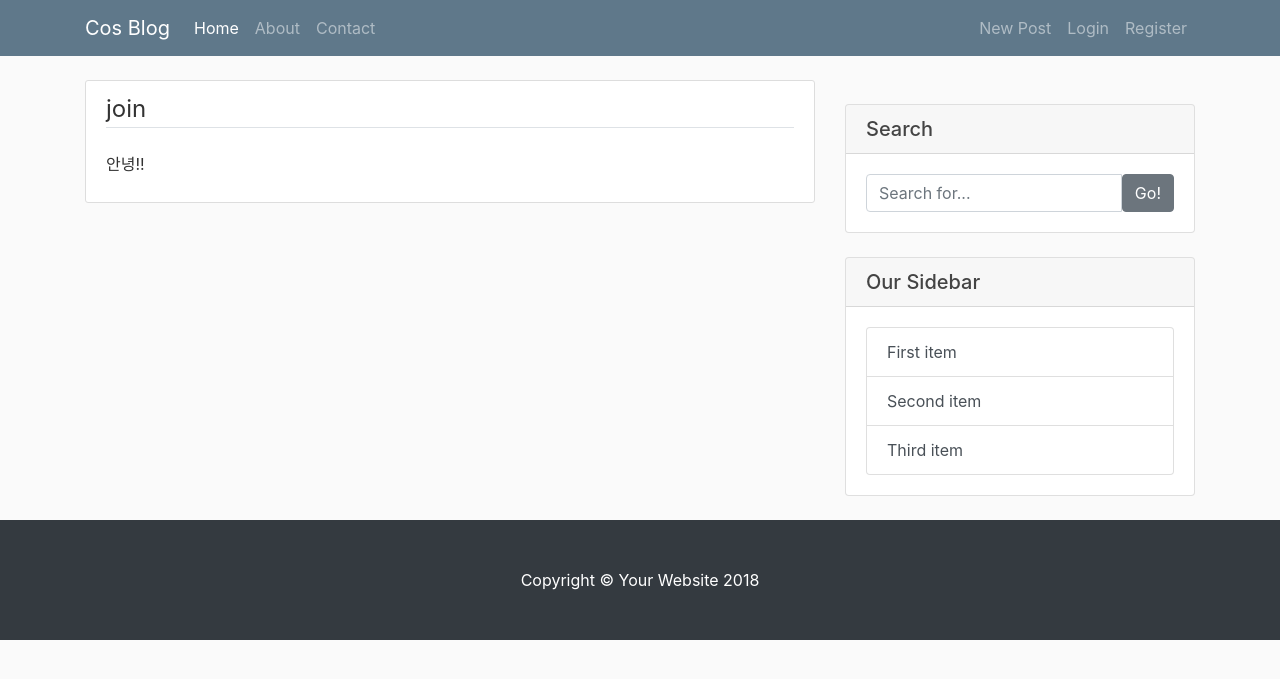
Repository: DogyeKing/blog
Page: http://localhost/blog/member/joinForm.jsp
These files come from the project's save history. The page is drawn as it stood at one moment and after the next save; the edit follows.
The browser window is 1280 px wide. The pictures show the whole page.
The page is served by Tomcat 9.

Above is the page before, as saved 2018-08-02 05:30:17.

After the next save:
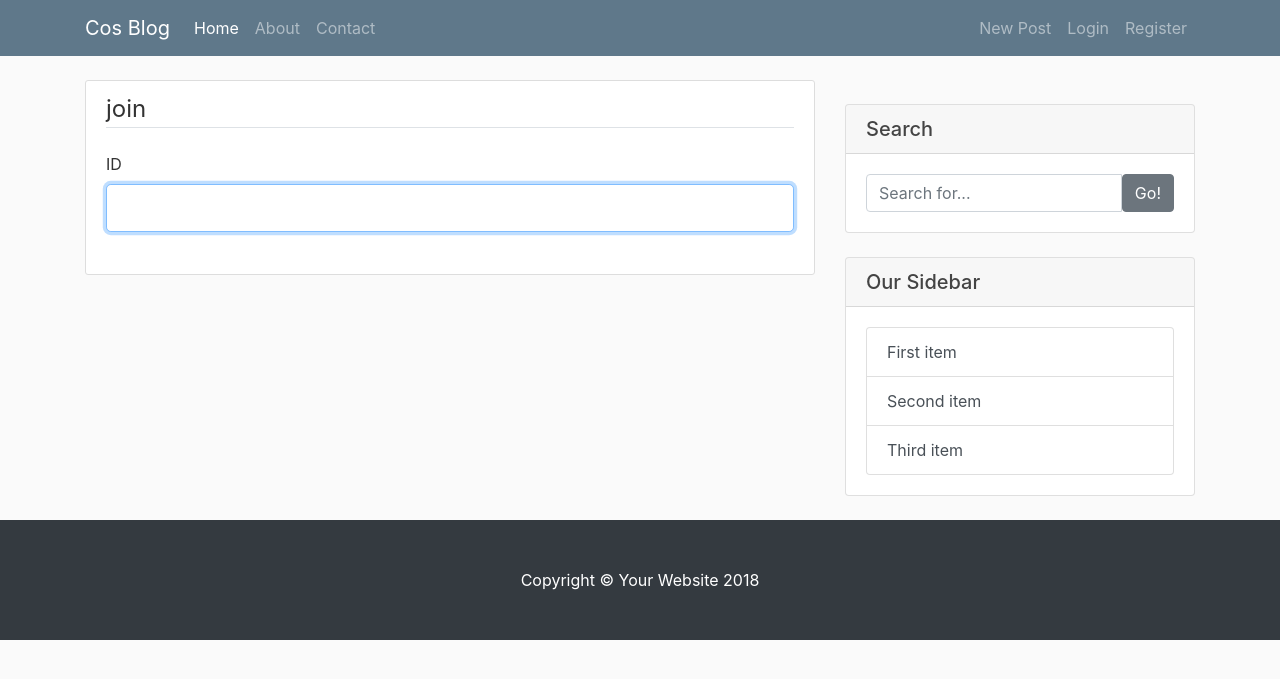
Saved 3 min 13 s later.
--- a/blog/blog/WebContent/member/joinForm.jsp
+++ b/blog/blog/WebContent/member/joinForm.jsp
@@ -34,9 +34,12 @@
 	<div class="content-section">
 	<form method="POST" action="#">
 		<fieldset class="form-group">
-			안녕!!<br>
 			<legend class="border-bottom mb-4">join</legend>
+			<div class="form-group">
+			<label class="form-control-label">ID</label>
+			<input class="form-control form-control-lg" type="text" name="id" maxlength="20" required autofocus>
 
+			</div>
 		</fieldset>
 	</form>
 	</div>
